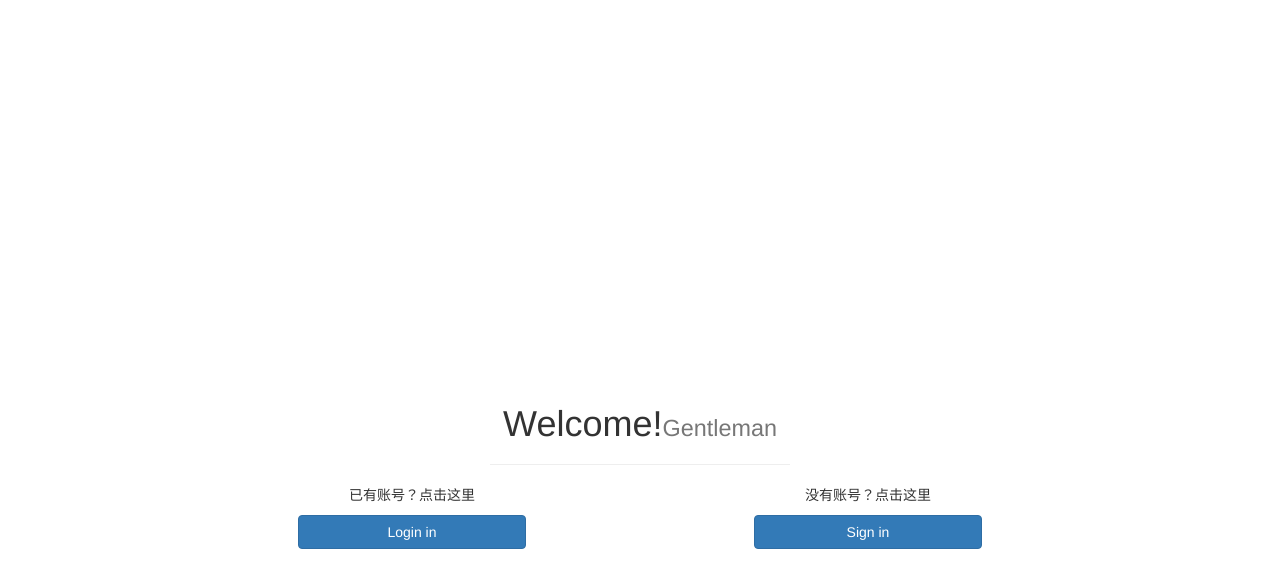
Repository: JasonBour/Beautypedia
Page: http://localhost/
The author's editor kept a copy of each file at every save. The page is drawn from the files as they stood at one save, then again after the next save.
The browser window is 1280 px wide. The pictures show the whole page.
The page is run by PHP 8.4 with error messages shown; the project is at /var/www/html/.

Above is the page before, as saved 2015-09-13 12:41:51.

### Beautypedia/index.php
<html>
<head>
<meta charset="utf-8">
<link rel="stylesheet" type="text/css" href="./css/bootstrap.min.css"><!-- css file-->
<link rel="stylesheet" type="text/css" href="./css/index.css">
</head>
<body>


<div class="container ">
    <h1  class="title">Welcome!<small>Gentleman</small></h1>



     <HR align=center width=300 color=#987cb9 SIZE=1>

  <div  class="login">
   <p>已有账号？点击这里</p>
   <button type="button" class="btn btn-primary btn-block">Login in</button>

  </div>

  <div class="signin">
  <p>没有账号？点击这里</p>
   <button type="button" class="btn btn-primary btn-block">Sign in</button>

  </div>
 </div>


</body>

</html>

### Beautypedia/css/index.css
@CHARSET "UTF-8";
div.container{
	text-align:center;
	 margin-top:30%;

}
div.login{
	width:20%;
	float:left;
	margin-left:20%
}
div.signin{
 float:left;
	width:20%;
	margin-left:20%
}

Loaded but not shown: Beautypedia/css/bootstrap.min.css (library)

After the next save:
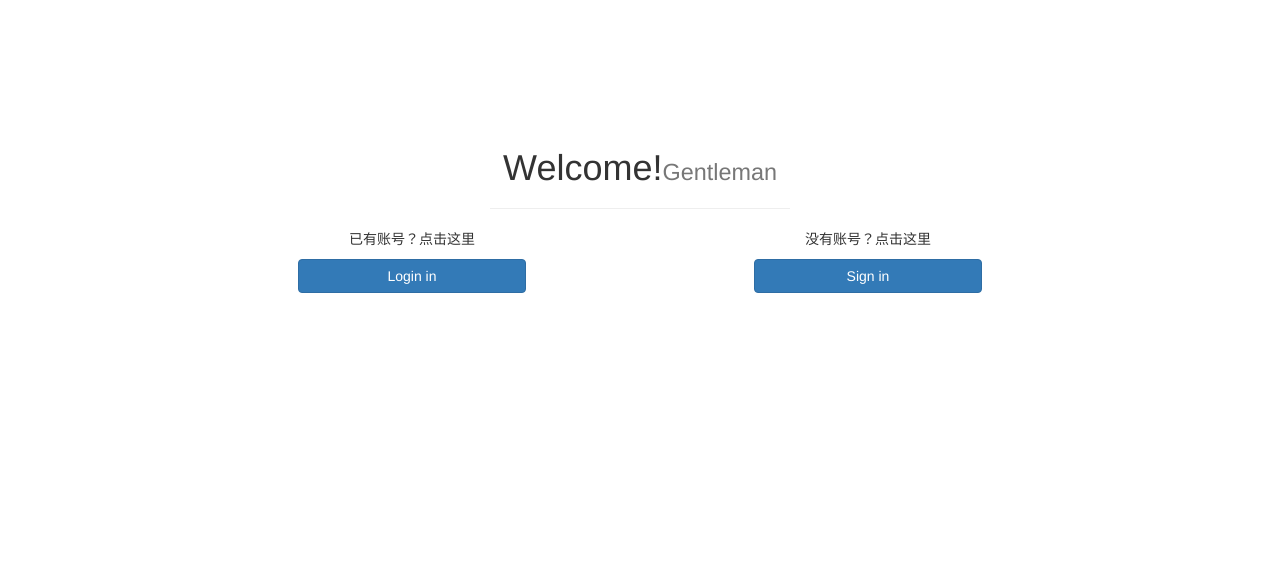
Saved 7 s later.
--- a/Beautypedia/css/index.css
+++ b/Beautypedia/css/index.css
@@ -1,7 +1,7 @@
 @CHARSET "UTF-8";
 div.container{
 	text-align:center;
-	 margin-top:30%;
+	 margin-top:10%;
 
 }
 div.login{
